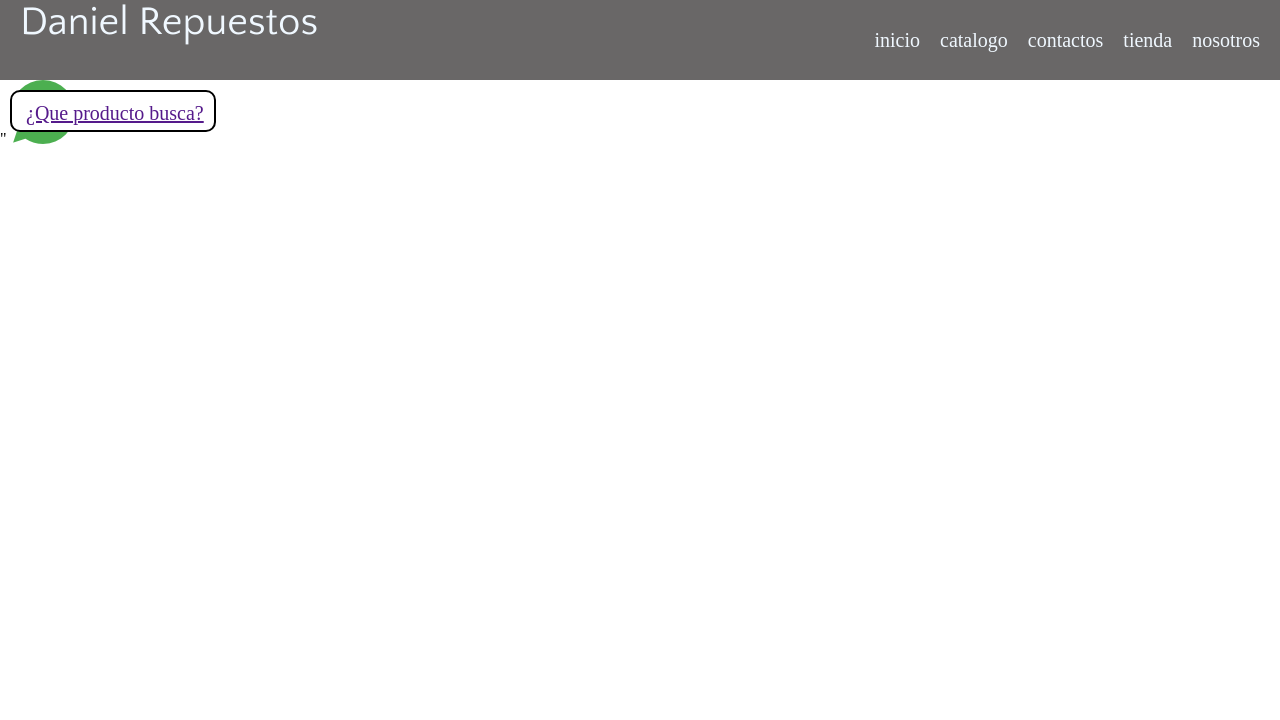
Repository: minesterani/proyecto-caja
Page: pages/catalogo.html
These files come from the project's save history. The page is drawn as it stood at one moment and after the next save; the edit follows.
The browser window is 1280 px wide. The pictures show the whole page.

Above is the page before, as saved 2024-09-25 09:52:43.

After the next save:
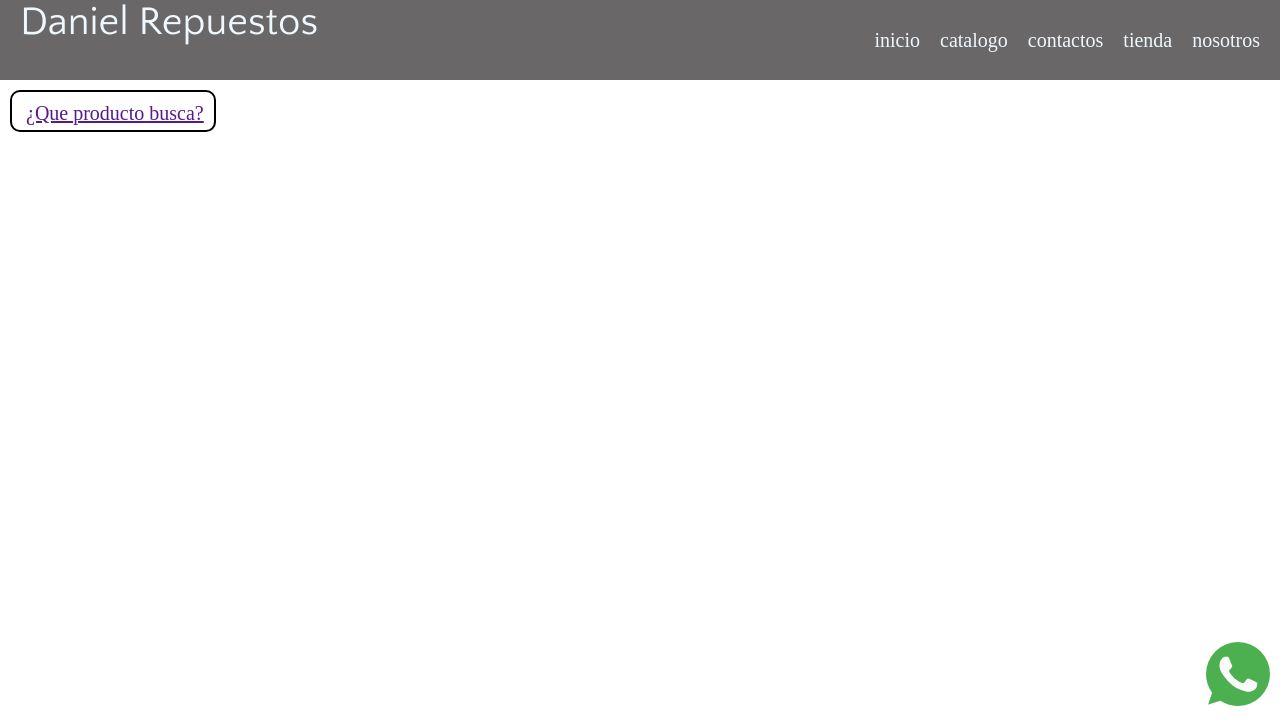
Saved 26 s later.
--- a/pages/catalogo.html
+++ b/pages/catalogo.html
@@ -28,7 +28,7 @@
         </section>
     </main>
     <footer>
-        <a class="whatsapp-catalogo"href="https://wa.me/3416513963" target="_blank"></a>"
+        <a class="whatsapp-catalogo"href="https://wa.me/3416513963" target="_blank">
         <img src="../assets/img/whatsapp.png" alt="">
         </a>
     </footer>
